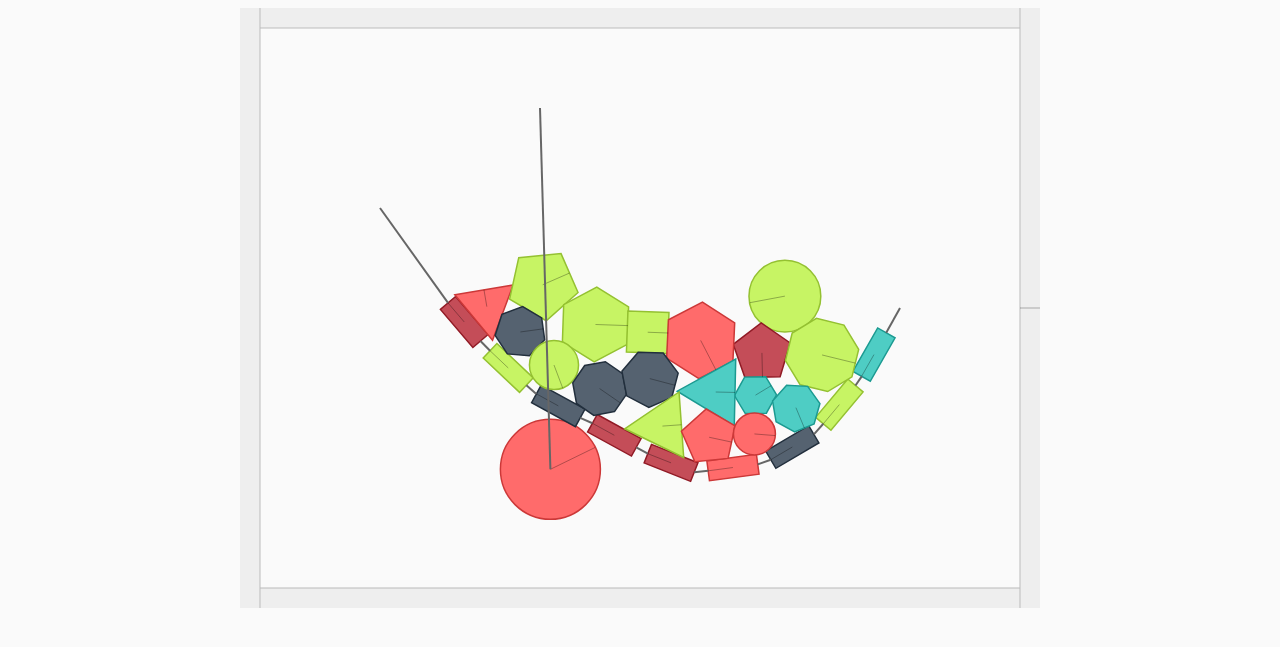
Repository: WebRTCGame/Kinematics-Character
Page: bf.html
The author's editor kept a record of every edit. The page is drawn from the files as they stood at one moment, then again after the next edit.
The browser window is 1280 px wide. The pictures show the whole page.

Above is the page before.

### bf.html
<!doctype html>
<html>

<head>
  <meta charset="utf-8">

  <style type="text/css">
    body {
  background: #fafafa;
  text-align: center;
}

canvas {
  display: inline-block;
  max-width: 100%;
  max-height: 100%;
}

canvas:active {
  cursor: pointer;
  cursor: -webkit-grabbing;
}
  </style>
  <script src="./matter-0.7.0.min.js"></script>
</head>

<body>


  <script>
   // Matter.js - http://brm.io/matter-js/

// Matter module aliases
var Engine = Matter.Engine,
    World = Matter.World,
    Body = Matter.Body,
    Bodies = Matter.Bodies,
    Constraint = Matter.Constraint,
    Composites = Matter.Composites,
    Common = Matter.Common,
    MouseConstraint = Matter.MouseConstraint;

// create a Matter.js engine
var engine = Engine.create(document.body, {
  render: {
    options: {
      showAngleIndicator: true,
      wireframes: false
    }
  }
});
var _world = engine.world;
// add a mouse controlled constraint
var mouseConstraint = MouseConstraint.create(engine);
World.add(engine.world, mouseConstraint);

// create a groupId to prevent bridge colliding with itself
var groupId = Body.nextGroupId();

// create the bridge, a chain of rectangles
var bridge = Composites.stack(150, 300, 9, 1, 10, 10, function(x, y, column, row) {
  return Bodies.rectangle(x, y, 50, 20, { groupId: groupId });
});

Composites.chain(bridge, 0.5, 0, -0.5, 0, { stiffness: 0.9 });

// create some random objects above the bridge
var stack = Composites.stack(200, 40, 6, 3, 0, 0, function(x, y, column, row) {
  return Bodies.polygon(x, y, Math.round(Common.random(1, 8)), Common.random(20, 40));
});

// add all bodies to the world
//var bdy = Bodies.rectangle(80, 440, 120, 280, { isStatic: true });



World.add(engine.world, [
  bridge,

  //Bodies.rectangle(80, 440, 120, 280, { isStatic: true }),
  //Bodies.rectangle(720, 440, 120, 280, { isStatic: false }),
  Constraint.create({ pointA: { x: 140, y: 200 }, bodyB: bridge.bodies[0], pointB: { x: -25, y: 0 } }),
  Constraint.create({ pointA: { x: 660, y: 300 }, bodyB: bridge.bodies[8], pointB: { x: 25, y: 0 } }),
  stack
]);

var ball = Bodies.circle(100, 400, 50, { density: 0.07, frictionAir: 0.001});

        World.add(_world, ball);
        World.add(_world, Constraint.create({
            pointA: { x: 300, y: 100 },
            bodyB: ball
        }));




// add some some walls to the world
var offset = 5;
World.add(engine.world, [
  Bodies.rectangle(400, -offset, 800 + 2 * offset, 50, { isStatic: true }),
  Bodies.rectangle(400, 600 + offset, 800 + 2 * offset, 50, { isStatic: true }),
  Bodies.rectangle(800 + offset, 300, 50, 600 + 2 * offset, { isStatic: true }),
  Bodies.rectangle(-offset, 300, 50, 600 + 2 * offset, { isStatic: true })
]);

// run the engine
Engine.run(engine);
  </script>
</body>

</html>

Loaded but not shown: matter-0.7.0.min.js (library)

After the next edit:
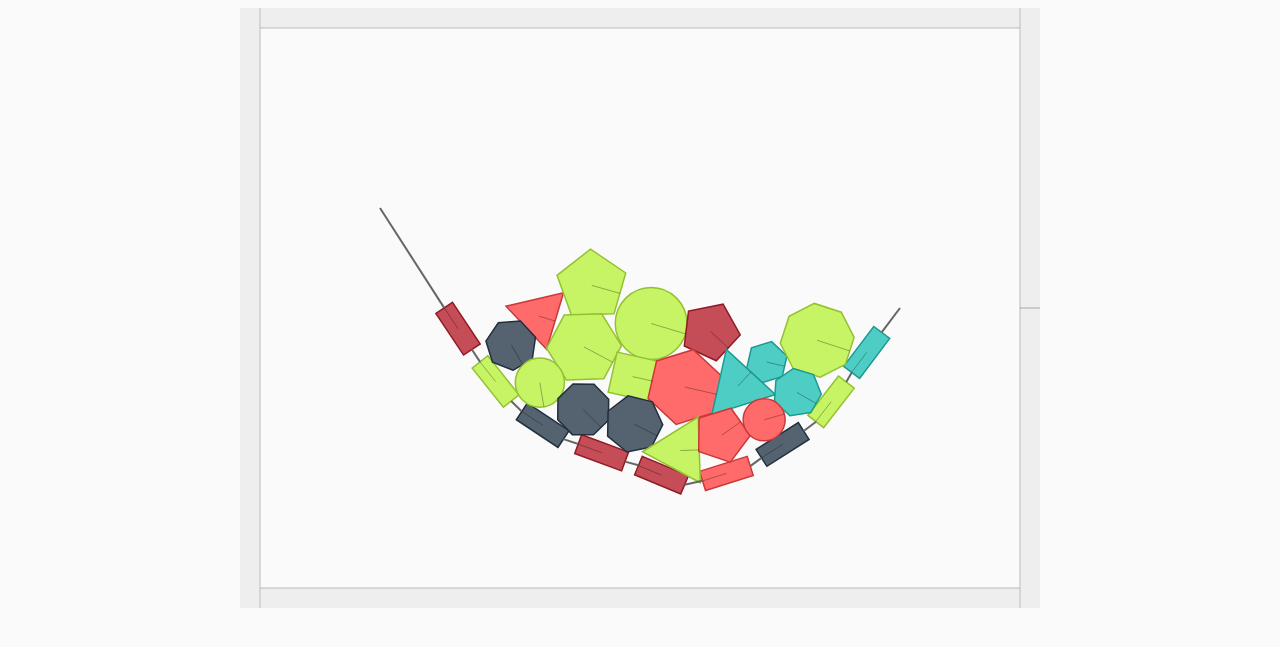
The edit:
--- a/bf.html
+++ b/bf.html
@@ -84,13 +84,7 @@
   stack
 ]);
 
-var ball = Bodies.circle(100, 400, 50, { density: 0.07, frictionAir: 0.001});
 
-        World.add(_world, ball);
-        World.add(_world, Constraint.create({
-            pointA: { x: 300, y: 100 },
-            bodyB: ball
-        }));
 
 
 

After the edit that followed:
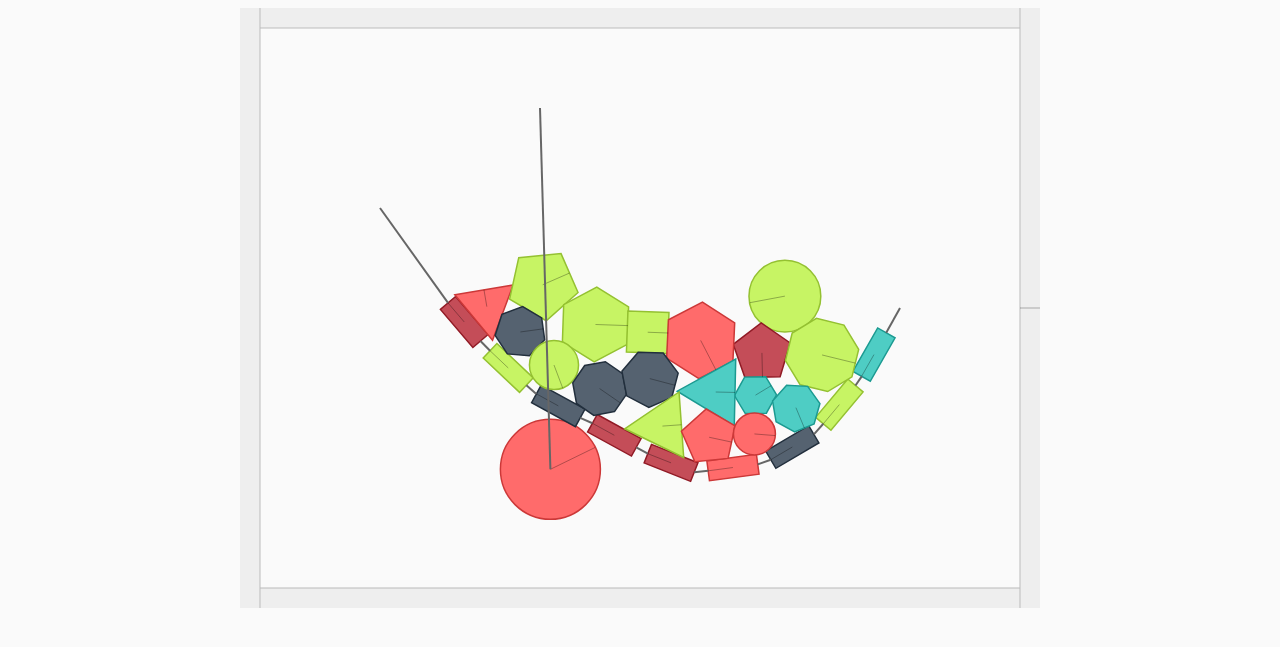
The edit:
--- a/bf.html
+++ b/bf.html
@@ -72,7 +72,13 @@
 // add all bodies to the world
 //var bdy = Bodies.rectangle(80, 440, 120, 280, { isStatic: true });
 
+var ball = Bodies.circle(100, 400, 50, { density: 0.07, frictionAir: 0.001});
 
+        World.add(_world, ball);
+        World.add(_world, Constraint.create({
+            pointA: { x: 300, y: 100 },
+            bodyB: ball
+        }));
 
 World.add(engine.world, [
   bridge,
